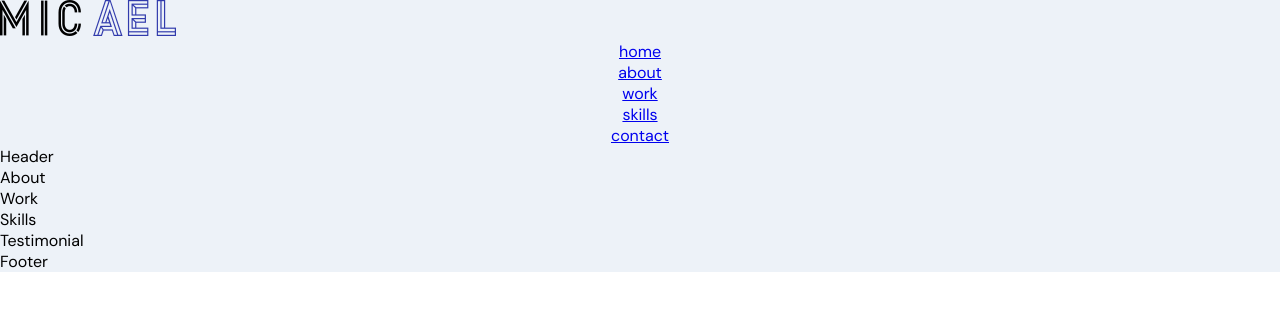
Repository: 61ZM07H36R3ML1N/Portfolio-JS
Page: / (app in frontend_react/)
The author's editor kept a copy of each file at every save. The page is drawn from the files as they stood at one save, then again after the next save.
The browser window is 1280 px wide. The pictures show the whole page.
The project was rebuilt for these pictures with package versions that can differ from the ones it lists, and the page was loaded fresh each time. Also part of the build but not shown: frontend_react/src/container/About/About.scss, frontend_react/src/container/Header/Header.scss, frontend_react/src/container/Skills/Skills.scss, frontend_react/src/container/Work/Work.scss, frontend_react/src/components/Navbar/Navbar.scss.

Above is the page before, as saved 2022-10-10 06:21:12.

### frontend_react/src/App.js
import React from 'react';

import {
  About,
  Footer,
  Header,
  Skills,
  Testimonial,
  Work,
} from './container';
import { Navbar } from './components';
import './App.scss';

const App = () => {
  return (
    <div className="app">
      <Navbar />
      <Header />
      <About />
      <Work />
      <Skills />
      <Testimonial />
      <Footer />
    </div>
  );
};

export default App;

### frontend_react/src/index.css
@import url("https://fonts.googleapis.com/css2?family=DM+Sans:wght@400;500;700&display=swap");

:root {
    --font-base: "DM Sans", sans-serif;

    --primary-color: #edf2f8;
    --secondary-color: #313bac;
    --black-color: #030303;
    --lightGray-color: #e4e4e4;
    --gray-color: #6b7688;
    --brown-color: #46364a;
    --white-color: #ffffff;

}

*{
    box-sizing: border-box;
    padding: 0;
    margin: 0;
    scroll-behavior: smooth;
}

### frontend_react/src/App.scss
.app {
    background-color: var(--primary-color);
    font-family: var(--font-base);
  }

  .app__whitebg {
    background-color: var(--white-color);
  }

  .app__primarybg {
    background-color: var(--primary-color);
  }

  .app__container {
    width: 100%;
    min-height: 100vh;

    display: flex;
    flex-direction: row;
  }

  .app__flex {
    display: flex;
    justify-content: center;
    align-items: center;
  }

  .app__wrapper {
    flex: 1;
    width: 100%;
    flex-direction: column;
    padding: 4rem 2rem;

    @media screen and (max-width: 450px) {
      padding: 4rem 1rem 2rem;
    }
  }

  .copyright {
    width: 100%;
    padding: 2rem 0 0;

    display: flex;
    flex-direction: column;
    justify-content: flex-end;
    align-items: flex-end;

    p {
      text-transform: uppercase;
      color: var(--black-color);
    }
  }

  .head-text {
    font-size: 2.75rem;
    font-weight: 800;
    text-align: center;
    color: var(--black-color);
    text-transform: capitalize;

    span {
      color: var(--secondary-color);
    }

    @media screen and (min-width: 2000px) {
      font-size: 4rem;
    }

    @media screen and (max-width: 450px) {
      font-size: 2rem;
    }
  }

  .p-text {
    font-size: 0.8rem;
    text-align: left;
    color: var(--gray-color);
    line-height: 1.5;

    @media screen and (min-width: 2000px) {
      font-size: 1.75rem;
    }
  }

  .bold-text {
    font-size: 1rem;
    font-weight: 800;
    color: var(--black-color);
    text-align: left;

    @media screen and (min-width: 2000px) {
      font-size: 2rem;
    }

    @media screen and (max-width: 450px) {
      font-size: 0.9rem;
    }
  }

  .app__social {
    display: flex;
    justify-content: flex-end;
    align-items: center;
    flex-direction: column;

    padding: 1rem;

    div {
      width: 40px;
      height: 40px;
      border-radius: 50%;
      background-color: var(--white-color);
      margin: 0.25rem 0;
      border: 1px solid var(--lightGray-color);

      display: flex;
      justify-content: center;
      align-items: center;

      transition: all 0.3s ease-in-out;

      svg {
        width: 15px;
        height: 15px;
        color: var(--gray-color);
      }

      &:hover {
        background-color: var(--secondary-color);
        border-color: var(--secondary-color);

        svg {
          color: var(--white-color);
        }
      }

      @media screen and (min-width: 2000px) {
        width: 70px;
        height: 70px;

        margin: 0.5rem 0;

        svg {
          width: 30px;
          height: 30px;
        }
      }
    }
  }

  .app__navigation {
    display: flex;
    justify-content: center;
    align-items: center;
    flex-direction: column;

    padding: 1rem;

    .app__navigation-dot {
      width: 10px;
      height: 10px;
      border-radius: 50%;
      background-color: #cbcbcb;
      margin: 0.5rem;

      transition: background-color 0.2s ease-in-out;

      &:hover {
        background-color: var(--secondary-color);
      }

      @media screen and (min-width: 2000px) {
        width: 20px;
        height: 20px;
      }
    }
  }

  @media screen and (max-width: 500px) {
    .app__navigation,
    .app__social {
      display: none;
    }

    .copyright {
      padding: 2rem;
    }
  }

### frontend_react/src/container/About/About.jsx
import React from 'react';

import './About.scss';

const About = () => {
  return <div>About</div>;
};

export default About;

### frontend_react/src/container/Footer/Footer.jsx
import React from 'react';

import './Footer.scss';

const Footer = () => {
  return <div>Footer</div>;
};

export default Footer;

### frontend_react/src/container/Header/Header.jsx
import React from 'react';

import './Header.scss';

const Header = () => {
  return <div>Header</div>;
};

export default Header;

### frontend_react/src/container/Skills/Skills.jsx
import React from 'react';

import './Skills.scss';

const Skills = () => {
  return <div>Skills</div>;
};

export default Skills;

### frontend_react/src/container/Testimonial/Testimonial.jsx
import React from 'react';

import './Testimonial.scss';

const Testimonial = () => {
  return <div>Testimonial</div>;
};

export default Testimonial;

### frontend_react/src/container/Work/Work.jsx
import React from 'react';

import './Work.scss';

const Work = () => {
  return <div>Work</div>;
};

export default Work;

### frontend_react/src/components/Navbar/Navbar.jsx
import React from 'react';
import { images } from '../../constants';
import './Navbar.scss';

const Navbar = () => {
  return (
    <nav className="app__navbar">
      <div className="app__navbar-logo">
        <img src={images.logo} alt="logo" />
      </div>
      <ul className="app__navbar-links">
        {['home', 'about', 'work', 'skills', 'contact'].map(item => (
          <li className="app__flex" key={'link-${item}'}>
            <div />
            <a href={'#${item}'}>{item}</a>
          </li>
        ))}
      </ul>
    </nav>
  );
};

export default Navbar;

### frontend_react/src/constants/images.js
import email from '../assets/email.png';
import mobile from '../assets/mobile.png';
import api from '../assets/api.png';
import cpp from '../assets/cpp.png';
import css from '../assets/css.png';
import figma from '../assets/figma.png';
import flutter from '../assets/flutter.png';
import git from '../assets/git.png';
import graphql from '../assets/graphql.png';
import html from '../assets/html.png';
import javascript from '../assets/javascript.png';
import mu5 from '../assets/mu5.png';
import node from '../assets/node.png';
import python from '../assets/python.png';
import react from '../assets/react.png';
import redux from '../assets/redux.png';
import sass from '../assets/sass.png';
import typescript from '../assets/typescript.png';
import vue from '../assets/vue.png';

import about01 from '../assets/about01.png';
import about02 from '../assets/about02.png';
import about03 from '../assets/about03.png';
import about04 from '../assets/about04.png';

import profile from '../assets/profile.png';
import circle from '../assets/circle.svg';
import logo from '../assets/logo.png';

import adidas from '../assets/adidas.png';
import amazon from '../assets/amazon.png';
import asus from '../assets/asus.png';
import bolt from '../assets/bolt.png';
import nb from '../assets/nb.png';
import skype from '../assets/skype.png';
import spotify from '../assets/spotify.png';

export default {
  email,
  mobile,
  api,
  cpp,
  css,
  figma,
  flutter,
  git,
  graphql,
  html,
  javascript,
  mu5,
  node,
  python,
  react,
  redux,
  sass,
  typescript,
  vue,
  about01,
  about02,
  about03,
  about04,
  profile,
  circle,
  logo,
  adidas,
  amazon,
  asus,
  bolt,
  nb,
  skype,
  spotify,
};

Loaded but not shown: frontend_react/public/index.html (common file); frontend_react/src/index.js (common file); frontend_react/src/container/index.js (common file); frontend_react/src/components/index.js (common file); frontend_react/src/constants/index.js (common file); frontend_react/src/container/Footer/Footer.scss (no stored copy; drawn as an empty file); frontend_react/src/container/Testimonial/Testimonial.scss (no stored copy; drawn as an empty file)

After the next save:
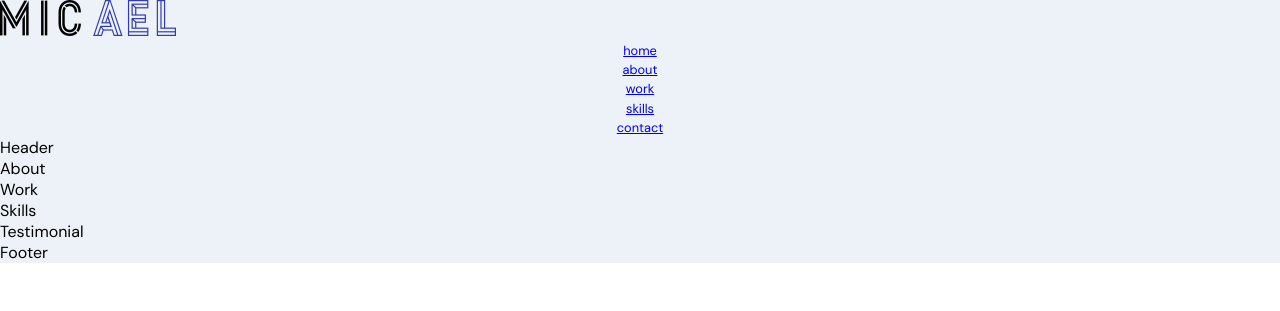
Saved 45 s later.
--- a/frontend_react/src/components/Navbar/Navbar.jsx
+++ b/frontend_react/src/components/Navbar/Navbar.jsx
@@ -10,7 +10,7 @@
       </div>
       <ul className="app__navbar-links">
         {['home', 'about', 'work', 'skills', 'contact'].map(item => (
-          <li className="app__flex" key={'link-${item}'}>
+          <li className="app__flex p-text" key={'link-${item}'}>
             <div />
             <a href={'#${item}'}>{item}</a>
           </li>
